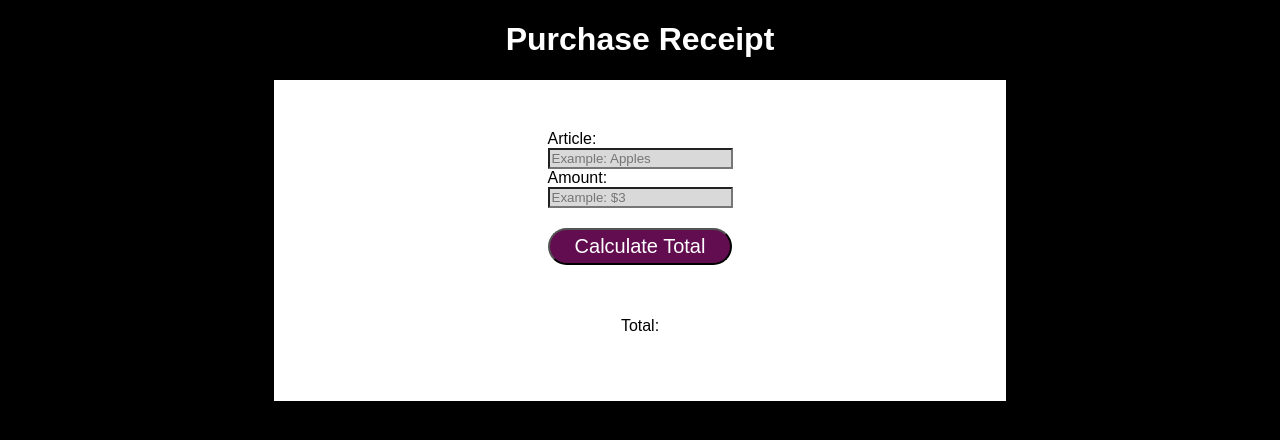
Repository: cokoduwa/js-study-group
Page: exercises/01/index.html
An editor plug-in stored every save of this project. The page is shown before and after the next save, followed by the edit.
The browser window is 1280 px wide. The pictures show the whole page.

Above is the page before, as saved 2023-02-14 21:43:53.

After the next save:
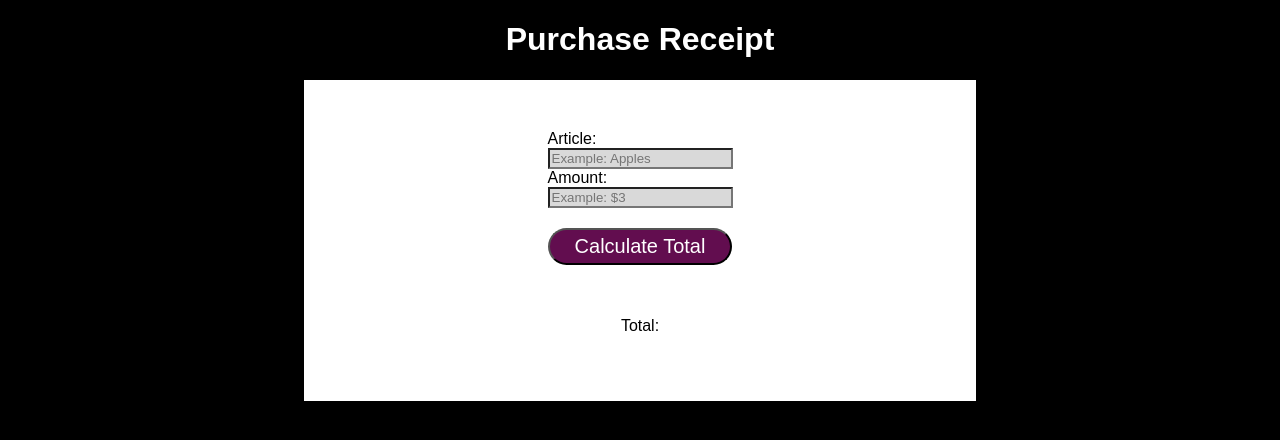
Saved 22 s later.
--- a/exercises/01/index.css
+++ b/exercises/01/index.css
@@ -6,7 +6,7 @@ body {
 section {
     margin: 0 auto;
     background-color: white;
-    padding: 50px;
+    padding: 50px 20px;
     width: 50%;
     display: flex;
     align-items: center;
